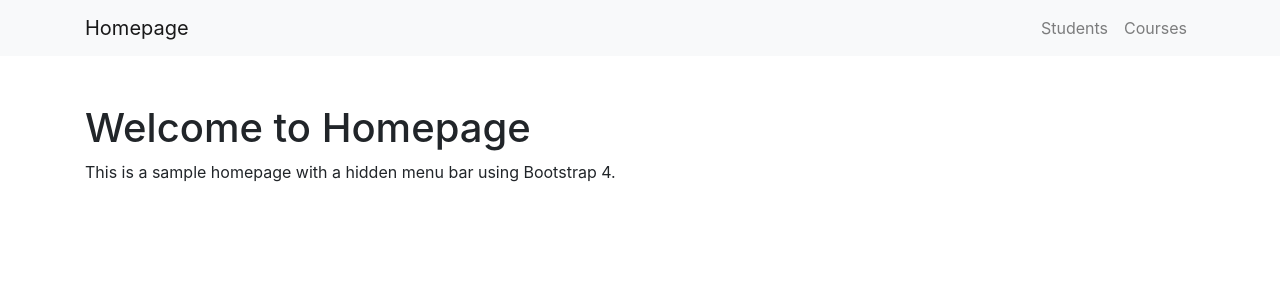
Repository: USTriett/Java-Servlet-JDBC-JSP-
Page: http://localhost/StudentManageServlet/
These files come from the project's save history. The page is drawn as it stood at one moment and after the next save; the edit follows.
The browser window is 1280 px wide. The pictures show the whole page.
The page is served by Tomcat 9. Other server files are loaded and not shown.

Above is the page before, as saved 2023-04-20 09:20:15.

### StudentManageServlet/src/main/webapp/WebContent/index.jsp
<%@ page language="java" contentType="text/html; charset=UTF-8"
    pageEncoding="UTF-8"%>
<!DOCTYPE html>
<html>
<head>
    <title>Homepage</title>
    <!-- Add Bootstrap 4 CSS link -->
    <link rel="stylesheet" href="https://maxcdn.bootstrapcdn.com/bootstrap/4.5.2/css/bootstrap.min.css">
</head>
<body>
    <!-- Hidden menu bar -->
    <nav class="navbar navbar-expand-lg navbar-light bg-light">
        <div class="container">
            <!-- Brand/logo -->
            <a class="navbar-brand" href="/">Homepage</a>
            <!-- Toggle button for mobile devices -->
            <button class="navbar-toggler " type="button" data-toggle="collapse" data-target="#navbarNav"
                    aria-controls="navbarNav" aria-expanded="false" aria-label="Toggle navigation">
                <span class="navbar-toggler-icon"></span>
            </button>
            <!-- Menu items -->
            <div class="collapse navbar-collapse" id="navbarNav">
                <ul class="navbar-nav ml-auto">
                    <li class="nav-item">
                        <a class="nav-link" href="./ListStudent">Students</a>
                    </li>
                    <li class="nav-item">
                        <a class="nav-link" href="./courses">Courses</a>
                    </li>
                </ul>
            </div>
        </div>
    </nav>

    <!-- Homepage content -->
    <div class="container mt-5">
        <h1>Welcome to Homepage</h1>
        <p>This is a sample homepage with a hidden menu bar using Bootstrap 4.</p>
    </div>

    <!-- Add Bootstrap 4 JS links -->
    <script src="https://code.jquery.com/jquery-3.5.1.slim.min.js"></script>
    <script src="https://cdn.jsdelivr.net/npm/@popperjs/core@2.11.6/dist/umd/popper.min.js"></script>
    <script src="https://maxcdn.bootstrapcdn.com/bootstrap/4.5.2/js/bootstrap.min.js"></script>
</body>
</html>

After the next save:
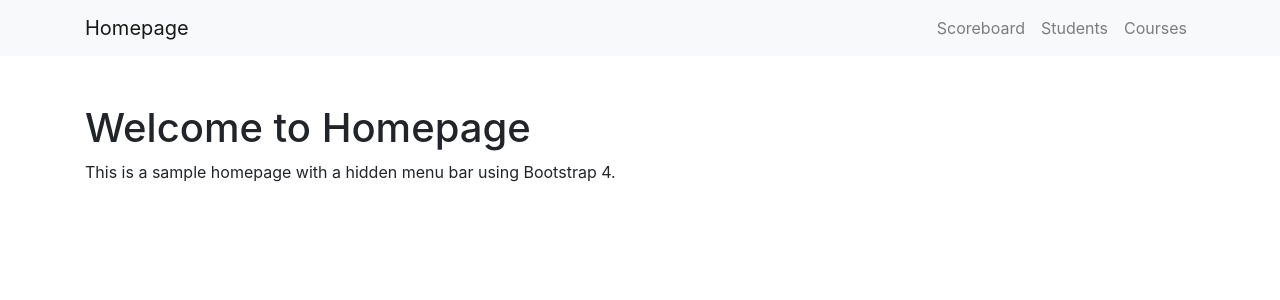
Saved 31 s later.
--- a/StudentManageServlet/src/main/webapp/WebContent/index.jsp
+++ b/StudentManageServlet/src/main/webapp/WebContent/index.jsp
@@ -21,6 +21,9 @@
             <!-- Menu items -->
             <div class="collapse navbar-collapse" id="navbarNav">
                 <ul class="navbar-nav ml-auto">
+                	<li class="nav-item">
+                        <a class="nav-link" href="./ScoreBoard">Scoreboard</a>
+                    </li>
                     <li class="nav-item">
                         <a class="nav-link" href="./ListStudent">Students</a>
                     </li>
